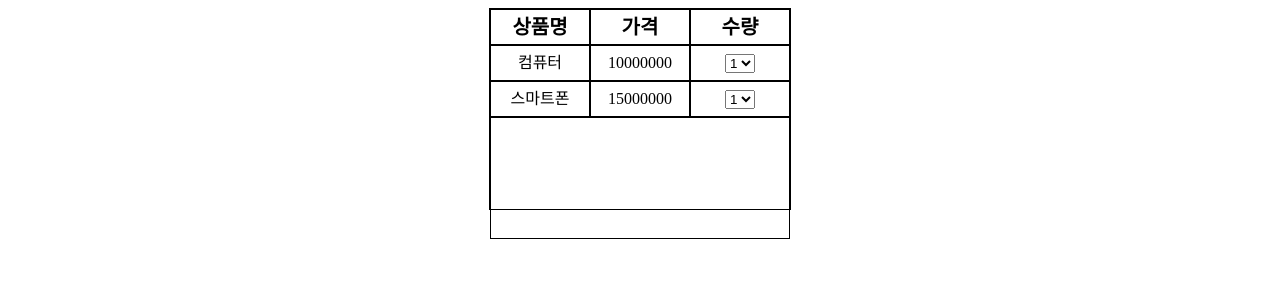
Repository: MySunTY/JSP
Page: http://localhost/JSP08/
These files come from the project's save history. The page is drawn as it stood at one moment and after the next save; the edit follows.
The browser window is 1280 px wide. The pictures show the whole page.
The page is served by Tomcat 9.

Above is the page before, as saved 2024-05-16 06:27:31.

### JSP08/src/main/webapp/index.jsp
<%@ page language="java" contentType="text/html; charset=utf-8"
    pageEncoding="utf-8"%>
<!DOCTYPE html>
<html>
	<head>
		<meta charset="utf-8">
		<title>데이터 전송 실습</title>
		<link rel="stylesheet" href="css/style.css">
	</head>
	<body>
		<div id="wrap">
			<div class="th">상품명</div>
			<div class="th">가격</div>
			<div class="th">수량</div>
			<div class="td">컴퓨터</div>
			<div class="td">10000000</div>
			<div class="td">
				<select>
					<option>1</option>
					<option>2</option>
					<option>3</option>
					<option>4</option>
					<option>5</option>
				</select>
			</div>
			<div class="td">스마트폰</div>
			<div class="td">15000000</div>
			<div class="td">
				<select>
					<option>1</option>
					<option>2</option>
					<option>3</option>
					<option>4</option>
					<option>5</option>
				</select>
			</div>
			<div class="result">

			</div>
		</div>
		<!-- #wrap:after{
	content:"가나다라"; css로 만든 글자, 수정안됨
} -->
	</body>
</html>

### JSP08/src/main/webapp/css/style.css
@charset "utf-8";
#wrap{
	width: 300px;
	height : 200px;
	border : 1px solid black;
	margin : 0 auto;

}
#wrap>div{
	width:98px;
	height : 34px;
	border : 1px solid black;
	float: left;

}
.th{
	font-weight:600;
	font-size:20px;
	text-align:center;
	line-height:34px;

}
.td{
	text-align : center;
	line-height : 34px;

}
#wrap>.result{
	backgroundColor : red;
	width: 298px;
	height : 120px;
	border: 1px solid black;

}

After the next save:
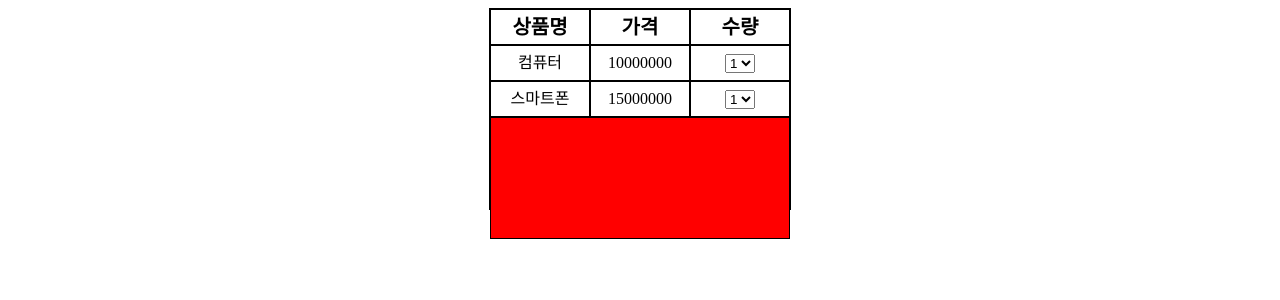
Saved 24 s later.
--- a/JSP08/src/main/webapp/css/style.css
+++ b/JSP08/src/main/webapp/css/style.css
@@ -26,7 +26,7 @@
 
 }
 #wrap>.result{
-	backgroundColor : red;
+	background-color : red;
 	width: 298px;
 	height : 120px;
 	border: 1px solid black;
